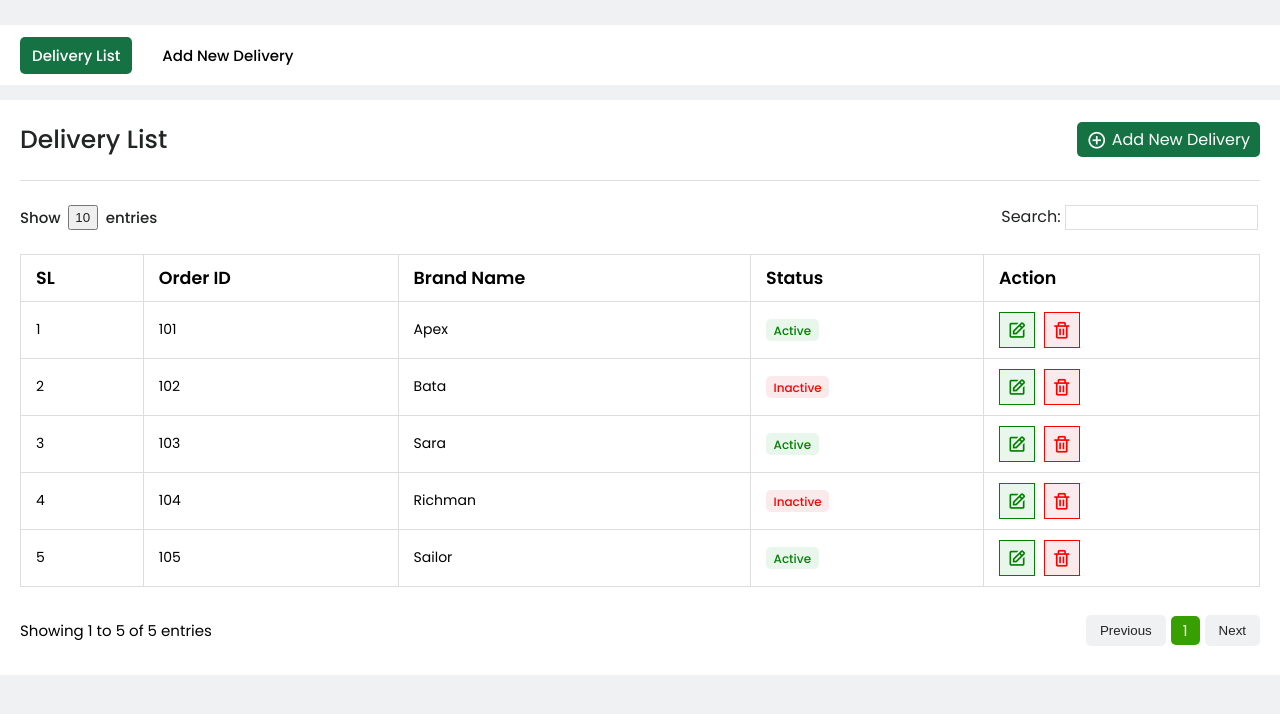
Repository: codebyaddro/delivery-page
Page: delivery.html
The author's editor kept a copy of each file at every save. The page is drawn from the files as they stood at one save, then again after the next save.
The browser window is 1280 px wide. The pictures show the whole page.

Above is the page before, as saved 2025-02-27 13:51:09.

### delivery.html
<!DOCTYPE html>
<html lang="en">
<head>
    <meta charset="UTF-8">
    <meta name="viewport" content="width=device-width, initial-scale=1.0">
    <link rel="stylesheet" href="/delivery.css">
    <link href='https://unpkg.com/boxicons@2.1.4/css/boxicons.min.css' rel='stylesheet'>
    <title>Document</title>
</head>
<body>
    <div class="brand-container">
        <div class="top-menus">
            <ul>
                <li><a href="/index.html" class="active-menu">Delivery List</a></li>
                <li><a href="/inner-page/html/anb.html" class="light-up">Add New Delivery</a></li>
            </ul>
        </div>
        <div class="list-container">
            <div class="heading-add-new-btn">
                <div class="heading">
                    <h2>Delivery List</h2>
                </div>
                <div class="add-new-btn">
                    <i class='add-icon bx bx-plus-circle'></i>
                    <a href="/inner-page/html/anb.html">Add New Delivery</a>
                </div>
            </div>
            <div class="list-short-dpdwn-search-box">
                <div class="list-short-dpdwn">
                    <h3>Show</h3>
                    <select name="10" id="">
                        <option value="">10</option>
                        <option value="">20</option>
                        <option value="">30</option>
                        <option value="">All</option>
                    </select>
                    <h3>entries</h3>
                </div>
                <div class="search-box">
                    <legend>Search: <input type="text"></legend>
                </div>
            </div>
            <div class="table-list">
                <table>
                    <thead>
                        <tr>
                            <th title="SL">SL</th>
                            <th title="Code">Order ID</th>
                            <th title="Category Name">Brand Name</th>
                            <th title="Status">Status</th>
                            <th title="Action">Action</th>
                        </tr>
                    </thead>
                    <tbody>
                        <tr>
                            <td>1</td>
                            <td>101</td>
                            <td>Apex</td>
                            <td><span class="active">Active</span></td>
                            <td>
                                <a title="Edit" href="#"><i class='edit-icon bx bx-edit'></i></a>
                                <a title="Delete" href="#"><i class='delete-icon bx bx-trash'></i></a>
                            </td>
                        </tr>
                        <tr>
                            <td>2</td>
                            <td>102</td>
                            <td>Bata</td>
                            <td><span class="inactive">Inactive</span></td>
                            <td>
                                <a title="Edit" href="#"><i class='edit-icon bx bx-edit'></i></a>
                                <a title="Delete" href="#"><i class='delete-icon bx bx-trash'></i></a>
                            </td>
                        </tr>
                        <tr>
                            <td>3</td>
                            <td>103</td>
                            <td>Sara</td>
                            <td><span class="active">Active</span></td>
                            <td>
                                <a title="Edit" href="#"><i class='edit-icon bx bx-edit'></i></a>
                                <a title="Delete" href="#"><i class='delete-icon bx bx-trash'></i></a>
                            </td>
                        </tr>
                        <tr>
                            <td>4</td>
                            <td>104</td>
                            <td>Richman</td>
                            <td><span class="inactive">Inactive</span></td>
                            <td>
                                <a title="Edit" href="#"><i class='edit-icon bx bx-edit'></i></a>
                                <a title="Delete" href="#"><i class='delete-icon bx bx-trash'></i></a>
                            </td>
                        </tr>
                        <tr>
                            <td>5</td>
                            <td>105</td>
                            <td>Sailor</td>
                            <td><span class="active">Active</span></td>
                            <td>
                                <a title="Edit" href="#"><i class='edit-icon bx bx-edit'></i></a>
                                <a title="Delete" href="#"><i class='delete-icon bx bx-trash'></i></a>
                            </td>
                        </tr>
                    </tbody>
                </table>
            </div>
            <div class="entries-details-list-page-btn">
                <div class="entries-details">
                    Showing <span>1</span> to <span>5</span> of <span>5</span> entries
                </div>
                <div class="list-page-btn">
                    <button>Previous</button>
                    <h4><span>1</span></h4>
                    <button>Next</button>
                </div>
            </div>
        </div>
    </div>
</body>
</html>

### delivery.css
/* -- fonts -- */
@import url('https://fonts.googleapis.com/css2?family=Poppins:ital,wght@0,100;0,200;0,300;0,400;0,500;0,600;0,700;0,800;0,900;1,100;1,200;1,300;1,400;1,500;1,600;1,700;1,800;1,900&family=Raleway:ital,wght@0,100..900;1,100..900&family=Roboto:ital,wght@0,100;0,300;0,400;0,500;0,700;0,900;1,100;1,300;1,400;1,500;1,700;1,900&family=VT323&display=swap');

/* -- root -- */

:root {
    --gray-white: #F0F1F2;
    --white: #FFFFFF;
    --black: #000000;
    --gray-black: #DDDDDD;
    --light-black: #212523;
    --light-black-op: #21252350;
    --main-green: #157343;
    --main-light: #37A000;
    --light-orange: #FD7E14;
    --green: #008000;
    --light-green: #e9f6ec;
    --red: #FF0000;
    --light-red: #fbeaec;
}

/* ---------- */

* {
    box-sizing: border-box;
}

body {
    margin: 0;
    padding: 0;
    font-family: "Poppins", serif;
    background-color: var(--gray-white);
}

::selection {
    color: var(--white);
    background-color: var(--main-light);
}

/* -- category container style -- */

.brand-container {
    width: 100%;
    margin-top: 25px;
}

/* -- top menus style--  */

.top-menus {
    background-color: var(--white);
    display: flex;
    justify-content: left;
    align-items: center;
    height: 60px;
    margin-bottom: 15px;
}

.top-menus ul {
    list-style-type: none;
    display: flex;
    gap: 30px;
    margin-left: -20px;
}

.top-menus ul li a {
    text-decoration: none;
    color: var(--black);
    font-size: 15px;
    font-weight: 500;
}

/* -- active menu style -- */

.active-menu {
    color: var(--white)!important;
    background-color: var(--main-green);
    padding: 8px 12px;
    border-radius: 5px;
}

/* -- menu hover style -- */

.light-up:hover {
    color: var(--light-orange);
}

/* -- list container style -- */

.list-container {
    background-color: var(--white);
    padding: 0px 20px;
}

/* -- heading-add-new-btn style -- */

.heading-add-new-btn {
    display: flex;
    justify-content: space-between;
    align-items: center;
    border-bottom: 1px solid var(--gray-black) ;
}

.heading h2 {
    color: var(--light-black);
    font-size: 25px;
    font-weight: 500;
}

/* -- add-new-btn style -- */

.add-new-btn {
    display: flex;
    gap: 5px;
    justify-content: baseline;
    align-items: center;
}

.add-new-btn {
    background-color: var(--main-green);
    padding: 5px 10px;
    border-radius: 5px;
}

.add-new-btn a {
    color: var(--white);
    text-decoration: none;
}

.add-icon {
    color: var(--white);
    font-size: 20px;
}

/* -- list-short-dpdwn-search-box style -- */

.list-short-dpdwn-search-box {
    display: flex;
    justify-content: space-between;
    align-items: center;
    padding: 10px 0px;
}

/* -- list-short-dpdwn style -- */

.list-short-dpdwn {
    display: flex;
    gap: 7.5px;
    align-items: center;
}

.list-short-dpdwn h3 {
    color: var(--light-black);
    font-size: 15px;
    font-weight: 500;
}

.list-short-dpdwn select {
    color: var(--light-black);
    appearance: none;
    height: 25px;
    width: 30px;
    padding-left: 6px;
    outline: none;
    border-radius: 2.5px;
}

/* -- search-box style -- */

.search-box {
    display: flex;
    align-items: center;
}

.search-box legend {
    color: var(--light-black);
}

.search-box input {
    outline: none;
    height: 25px;
    width: 193px;
    border: 1px solid var(--gray-black);
}

/* -- table-list style --*/

table {
    border-collapse: collapse;
    width: 100%;
}

/* -- thead style -- */

thead {
    cursor: pointer;
}

th, td {
    border: 1px solid var(--gray-black);
    padding: 10px 15px;
}

thead tr th {
    font-size: 17.5px;
    font-weight: 600;
    text-align: left;
}

tbody tr td {
    font-size: 14px;
}

tbody tr:hover {
    background-color: var(--gray-white);
}

/* -- tbody style -- */

/* status style */

.active {
    color: var(--green);
    background-color: var(--light-green);
    font-size: 12px;
    font-weight: 500;
    padding: 2.5px 7.5px;
    border-radius: 5px;
}

.inactive {
    color: var(--red);
    background-color: var(--light-red);
    font-size: 12px;
    font-weight: 500;
    padding: 2.5px 7.5px;
    border-radius: 5px;
}

/* -- action style -- */

.edit-icon {
    color: var(--green);
    background-color: var(--light-green);
    padding: 7px 7px;
    margin-right: 2.5px;
    border: 1px solid var(--green);
    font-size: 20px;
}

.edit-icon:hover {
    background-color: var(--light-black-op);
}

.delete-icon {
    color: var(--red);
    background-color: var(--light-red);
    padding: 7px 7px;
    margin-left: 2.5px;
    border: 1px solid var(--red);
    font-size: 20px;
}

.delete-icon:hover {
    background-color: var(--light-black-op);
}

/* -- entries-details-list-page-btn style -- */

.entries-details-list-page-btn {
    display: flex;
    justify-content: space-between;
    align-items: center;
    padding: 10px 0px;
}

.entries-details {
    color: var(--black);
    font-size: 15px;
}

.list-page-btn {
    display: flex;
    gap: 5px;
    align-items: center;
}

.list-page-btn button {
    color: var(--light-black);
    background-color: var(--gray-white);
    padding: 8px 14px;
    border: none;
    border-radius: 5px;
    cursor: pointer;
}

.list-page-btn h4 {
    color: var(--white);
    background-color: var(--main-light);
    font-size: 15px;
    font-weight: 400;
    padding: 3px 12px;
    border-radius: 5px;
}

After the next save:
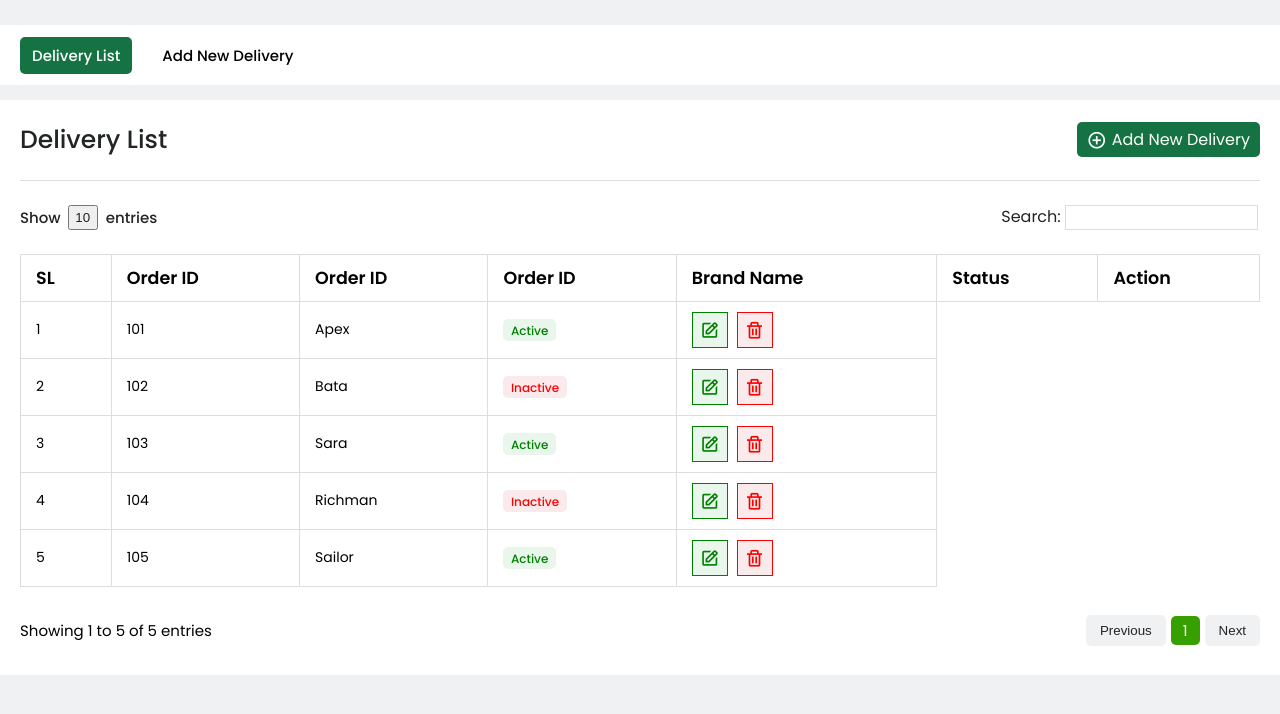
Saved 9 s later.
--- a/delivery.html
+++ b/delivery.html
@@ -45,6 +45,8 @@
                     <thead>
                         <tr>
                             <th title="SL">SL</th>
+                            <th title="Code">Order ID</th>
+                            <th title="Code">Order ID</th>
                             <th title="Code">Order ID</th>
                             <th title="Category Name">Brand Name</th>
                             <th title="Status">Status</th>
